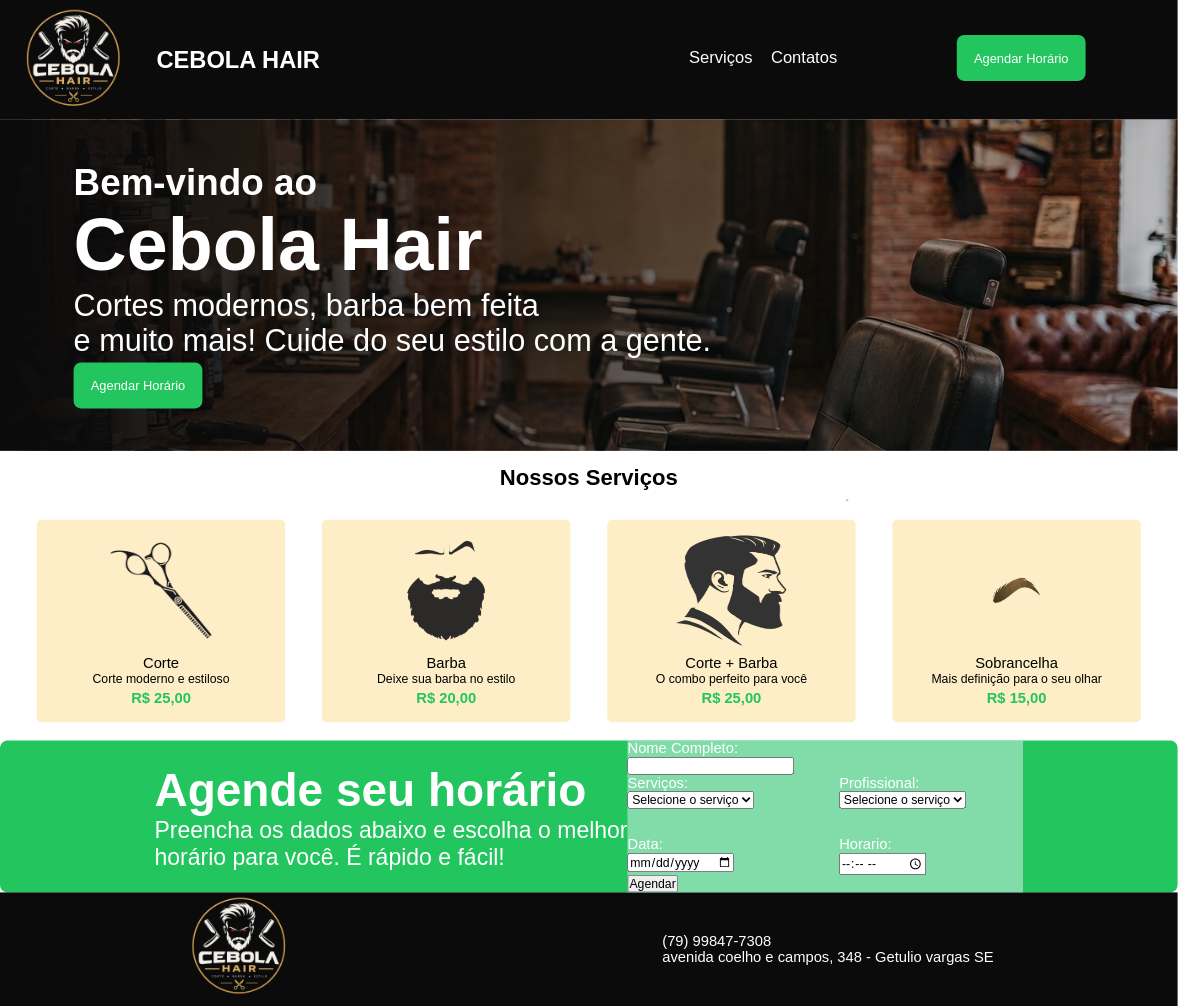
Repository: antonymsantana-design/final.activitie1
Page: index.html
These files come from the project's save history. The page is drawn as it stood at one moment and after a run of saves; the edit follows.
The browser window is 1280 px wide. The pictures show the whole page, at 92% of full size.

Above is the page before, as saved 2026-09-15 19:45:18.

### index.html
<!doctype html>
<html lang="pt-br">
  <head>
    <meta charset="UTF-8" />
    <meta name="viewport" content="width=device-width, initial-scale=1.0" />
    <title>Cebola Hair</title>
    <link rel="stylesheet" href="style.css" />
    <script src="../final.activitie1/script.js" defer></script>
  </head>
  <header>
    <div class="conteudoH" id="conteudoH">
      <div class="imagem" id="imagem">
        <img
          src="image/logoC.png"
          alt="logo"
          class="logoIMG"
          id="logoIMG"
        />
        <h3 class="logoH">CEBOLA HAIR</h3>
      </div>
      <div class="direitaH">
        <div class="links" id="links">
          <a href="#" class="aLinks">Serviços</a>
          <a href="#" class="aLinks">Contatos</a>
        </div>
        <div class="btnDiv" id="btnDiv">
          <button class="btn" id="btn">
            <div class="btnTxt" id="btnTxt">
              <p>Agendar Horário</p>
            </div>
          </button>
        </div>
      </div>
    </div>
  </header>

  <body>
    <div class="conteudo">
      <div class="texto">
        <h4>Bem-vindo ao</h4>
        <h1>Cebola Hair</h1>
        <small
          >Cortes modernos, barba bem feita <br />
          e muito mais! Cuide do seu estilo com a gente.</small
        >
        <button class="btn" id="btn">
          <div class="btnTxt" id="btnTxt">
            <p>Agendar Horário</p>
          </div>
        </button>
      </div>
    </div>

    <h2 class="Our">Nossos Serviços</h2>
    <hr />

    <div class="cards">
      <div class="card">
        <img src="image/corte.webp" alt="tisora" class="icone" />
        <p>Corte</p>
        <small>Corte moderno e estiloso</small>
        <h4>R$ 25,00</h4>
      </div>
      <div class="card">
        <img src="image/barba(png).png" alt="tisora" class="icone" />
        <p>Barba</p>
        <small>Deixe sua barba no estilo</small>
        <h4>R$ 20,00</h4>
      </div>
      <div class="card">
        <img src="image/barba+corte(png).png" alt="tisora" class="icone" />
        <p>Corte + Barba</p>
        <small>O combo perfeito para você</small>
        <h4>R$ 25,00</h4>
      </div>
      <div class="card">
        <img
          src="image/Design sem nome.png"
          alt="tisora"
          class="icone"
        />
        <p>Sobrancelha</p>
        <small>Mais definição para o seu olhar</small>
        <h4>R$ 15,00</h4>
      </div>
    </div>

    <div class="agendar" id="agendar">
      <div class="esq">
        <h1>Agende seu horário</h1>
        <p>
          Preencha os dados abaixo e escolha o melhor <br />
          horário para você. É rápido e fácil!
        </p>
      </div>

      <div class="form">
        <label for="nome">Nome Completo:</label><br/>
        <input type="text" name="nome" id="nome" /><br/>

         <div class="quadrado">
        <div class="1">
          <label for="serv">Serviços:</label>
          <select name="serv" id="serv">
            <option value="">Selecione o serviço</option>
            <option value="corte">Corte</option>
            <option value="barba">Barba</option>
            <option value="cort+barba">Corte + Barba</option>
            <option value="sobrancelha">Sobrancelha</option>
          </select>
          </div>

          <div class="2">
            <label for="prof">Profissional:</label>
            <select name="prof" id="prof">
              <option value="">Selecione o serviço</option>
              <option value="cebola">Cebola</option>
            </select>
            </div>
            <div class="3">
              <label for="data">Data:</label> <br>
              <input type="date" name="data" id="data" />
            </div>
            <div class="4">
              <label for="hora">Horario:</label> <br>
              <input type="time" name="hora" id="hora" />
            </div>
          </div>
           <button type="button" class="agendarbtn">Agendar</button>
          </div>
      </div>
    </div>
  </body>
  <footer>
    <div class="direita">
      <img
        src="image/logoC.png"
        alt="logo"
        class="logoIMG"
        id="logoIMG"
      />
    </div>

    <div class="esquerda">
      <p>(79) 99847-7308</p>
      <p>avenida coelho e campos, 348 - Getulio vargas SE</p>
    </div>
  </footer>
</html>

### style.css
* {
    padding: 0px;
    margin: 0px;
    font-family: Arial, Helvetica, sans-serif;
}

header {
    background-color: #0B0B0B;
    height: 130px;
}

small {
    padding-bottom: 5px;
}

.conteudoH {
    display: flex;
    justify-content: space-between;
    padding-right: 100px;
    align-items: center;
}

.imagem {
    margin-left: 20px;
    margin-top: 5px;
    display: flex;
    justify-content: center;
    align-items: center;
    gap: 30px;
    font-weight: 600;
    font-size: 22px;
}

.logoIMG {
    width: 120px;
    height: 120px;
    cursor: pointer;
}

.logoH {
    color: white;

}

.links {
    display: flex;
    gap: 20px;
    justify-content: center;
    padding-right: 130px;
    font-size: 18px;
}

.links a {
    text-decoration: none;
    color: white;
    transition: 0.5s ease;
}

.aLinks:hover {
    transform: translateY(-5px);
    box-shadow: 0 4px 10px rgba(0, 0, 0, 0.15);
    background-color: #F0C56A;
    color: #F5F5F5;
    border-radius: 5px;
    width: 120px;
    height: 30px;
    display: flex;
    justify-content: center;
    align-items: center;
}

.btnDiv {
    display: flex;
}

.btn {
    display: flex;
    justify-content: center;
    width: 140px;
    height: 50px;
    background-color: #22C55E;
    border: none;
    color: white;
    align-items: center;
    border-radius: 8px;
    transition: 0.3s ease;
    cursor: pointer;
    font-size: 14px;
}

.btn:hover {
    transform: translateY(-5px);
    box-shadow: 0 8px 15px rgba(0, 0, 0, 0.4);
}

.direitaH {
    display: flex;
    justify-content: center;
    align-items: center;
}

.conteudo {
    background-image: url(image/Gemini_Generated_Image_hbetqjhbetqjhbet.jpg);
    background-repeat: no-repeat;
    background-size: cover;
    background-position: center;
    height: 50vh;
    color: white;
}

.texto {
    padding-left: 80px;
    font-size: 40px;
    display: flex;
    flex-direction: column;
    justify-content: center;
    height: 50vh;
    background: linear-gradient(to right, #0B0B0B, #15151531);

}

.card {
    background-color: #FDEEC7;
    width: 270px;
    height: 220px;
    display: flex;
    flex-direction: column;
    justify-content: center;
    align-items: center;
    border-radius: 5px;
}

.cards {
    display: flex;
    justify-content: center;
    gap: 40px;
    padding-top: 20px;
    padding-bottom: 20px;
}

.card h4 {
    color: #22C55E;
}

.icone {
    width: 120px;
    height: 120px;
    padding-bottom: 10px;
}

.Our {
    padding-top: 15px;
    text-align: center;
    padding-bottom: 10px;
}

hr {
    color: #22C55E;
    text-align: center;
    margin-left: 920px;
    margin-right: 920px;
}

.agendar{
    display: flex;
    justify-content: space-around;
    align-items: center;
}

.form{
    background-color: rgba(201, 238, 227, 0.568);
}
.quadrado{
    display: grid;
    grid-template-columns: repeat(2, 200px);
    gap: 30px;
}

.esq {
    font-size: 25px;
}

footer{
    display: flex;
    justify-content: space-around;
    align-items: center;
    background-color: #0B0B0B;
    color: white;
}

.agendar{
    display: flex;
    justify-content: center;
    align-items: center;

    background-color: #22C55E;
    border: none;
    color: white;
    border-radius: 8px;
    transition: 0.3s ease;
    cursor: pointer;
}

.agendar:hover {
    transform: translateY(-5px);

}

Loaded but not shown: script.js (no copy from this time; the picture is the same without it)

After the next 2 saves:
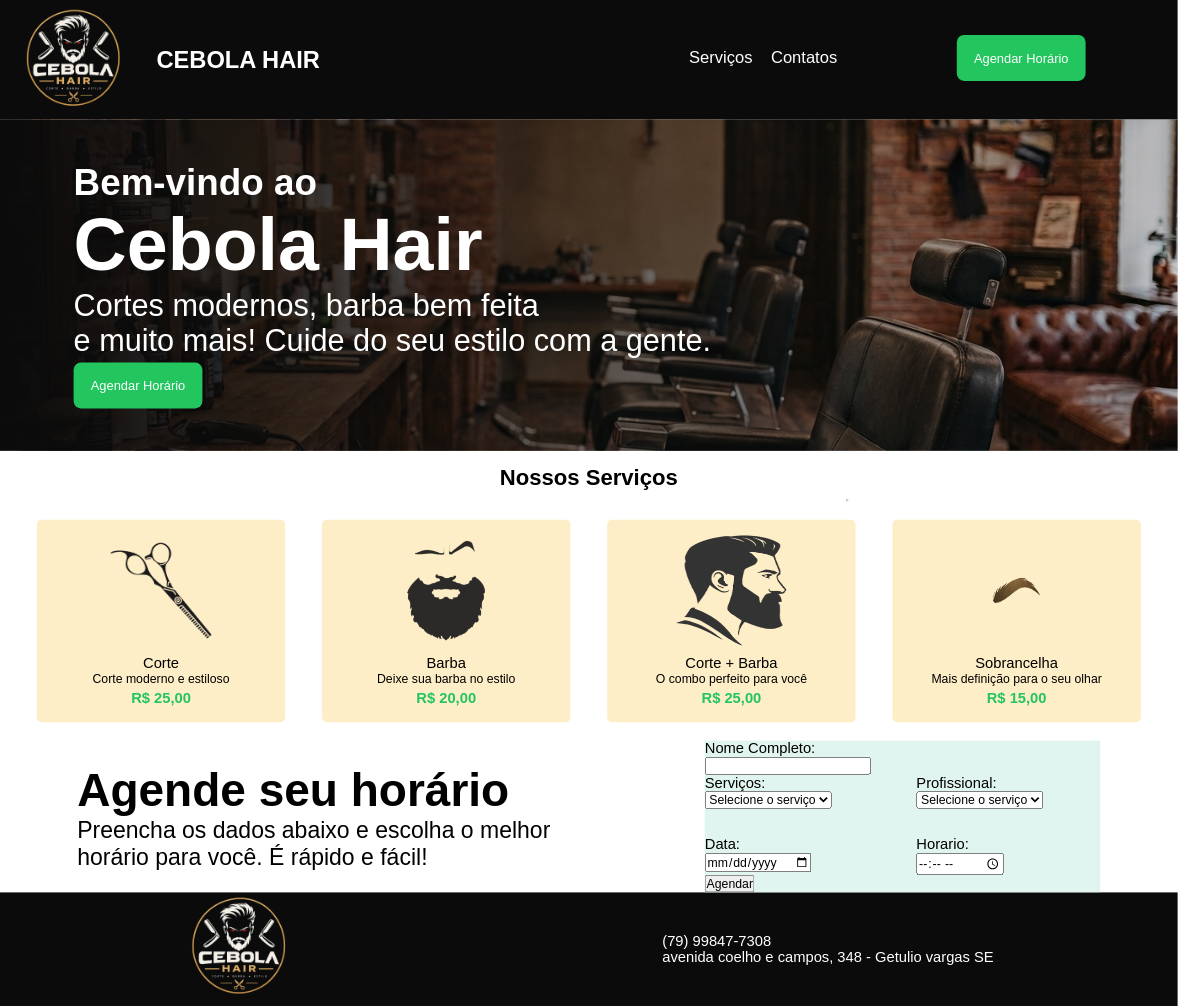
The 2 saves are shown as one change because they came seconds apart.
The last was saved 5 s later.
--- a/style.css
+++ b/style.css
@@ -188,11 +188,12 @@ footer{
     color: white;
 }
 
-.agendar{
-    display: flex;
-    justify-content: center;
-    align-items: center;
-
+.agendar btn{
+    display: flex;
+    justify-content: center;
+    align-items: center;
+    width: 100px;
+    height: 40px;
     background-color: #22C55E;
     border: none;
     color: white;
